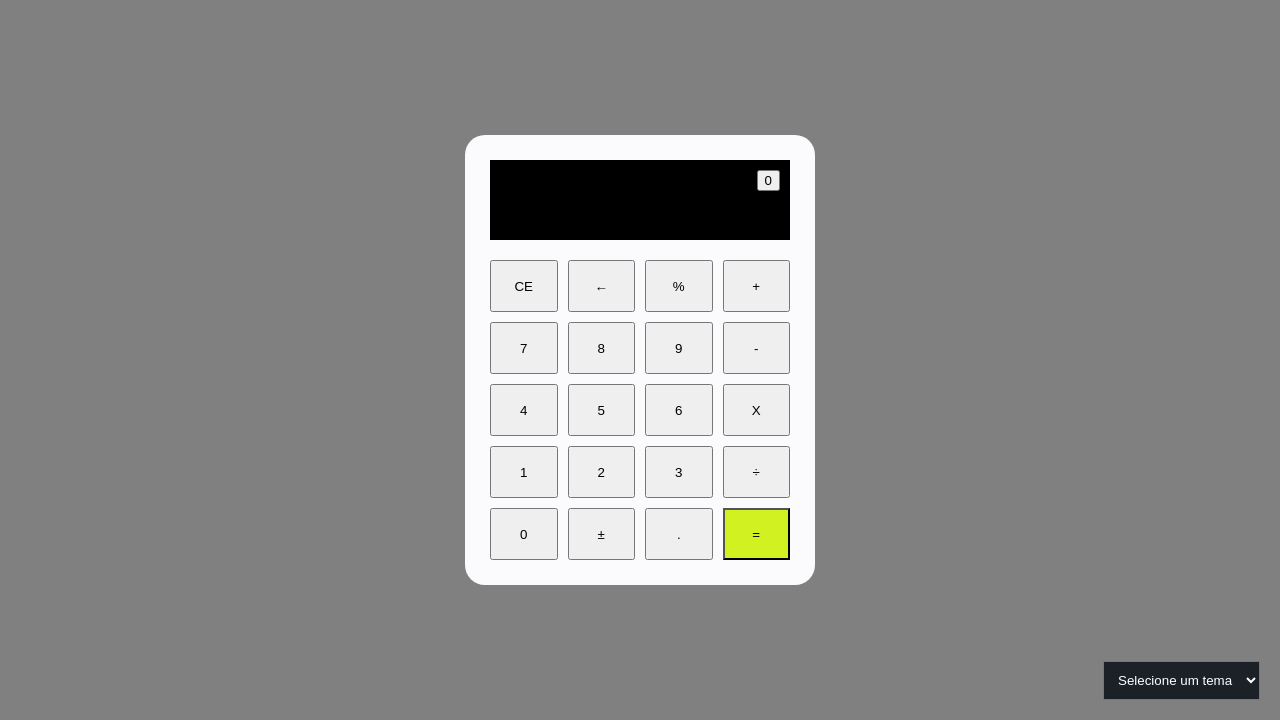
Repository: thislucasme/changing-theme-color-html-css-js
Page: index.html
An editor plug-in stored every save of this project. The page is shown before and after the next save, followed by the edit.
The browser window is 1280 px wide. The pictures show the whole page.

Above is the page before, as saved 2022-06-29 16:21:12.

### index.html
<!DOCTYPE html>
<html lang="pt_BR">

<head>
    <meta charset="UTF-8">
    <meta http-equiv="X-UA-Compatible" content="IE=edge">
    <meta name="viewport" content="width=device-width, initial-scale=1.0">
    <title>Atividade 22 - Calculadora Javascript</title>
    <link href="css/estilo.css" rel="stylesheet"/>
</head>

<body>
    <div class="calculadora">
        <div class="painel" >
            <div class="operacao" ></div>
            <div class="resultado"></div>
            <button id="resultado" name="resultado">0</button>
        </div>

        <div class="botoes">
            <button class="botao" id="apagar" onclick="limpar(0)">CE</button>
            <button class="botao" id="apagar" onclick="apagarUltimo()">&#8592;</button>
            <button class="botao" id="porcentagem" onclick="porcentagem()">%</button>
            <button class="botao" id="soma" onclick="verificarSinal('+')">+</button>
            <button class="botao" id="sete" onclick="pegarNumero(7)">7</button>
            <button class="botao" id="oito" onclick="pegarNumero(8)">8</button>
            <button class="botao" id="nove" onclick="pegarNumero(9)">9</button>
            <button class="botao" id="subtrair" onclick="verificarSinal('-')">-</button>
            <button class="botao" id="quatro" onclick="pegarNumero(4)">4</button>
            <button class="botao" id="cinco" onclick="pegarNumero(5)">5</button>
            <button class="botao" id="seis" onclick="pegarNumero(6)">6</button>
            <button class="botao" id="multiplicar" onclick="verificarSinal('x')">X</button>
            <button class="botao" id="um" onclick="pegarNumero(1)">1</button>
            <button class="botao" id="dois" onclick="pegarNumero(2)">2</button>
            <button class="botao" id="3" onclick="pegarNumero(3)">3</button>
            <button class="botao" id="dividir" onclick="verificarSinal('/')">&#247;</button>
            <button class="botao" id="0" onclick="pegarNumero(0)">0</button>
            <button class="botao" id="mais/menos" onclick="mudarSinal()">&#177;</button>
            <button class="botao" id="virgula" onclick="colocarPonto()">.</button>
            <button class="botao" id="igual" onclick="darResultado()">=</button>
        </div>
    </div>
    <select name="tema" id="tema" >
        <option value="t">Selecione um tema</option>
        <option value="tema-1">Tema 1</option>
        <option value="tema-2">Tema 2</option>
        <option value="tema-3">Tema 3</option>
        <option value="tema-4">Tema 4</option>
        <option value="tema-5">Tema 5</option>
    </select>
</body>

<script src="js/script.js" ></script>

</html>

### css/estilo.css
body {
    background-color: grey;
}

html {
    margin: 0;
    padding: 0;
    height: 100vh;
    display: flex;
    justify-content: center;
    align-items: center;
}

.theme-light {
    --color-primary: #0060df;
    --color-secondary: #fbfbfe;
    --color-accent: #fd6f53;
    --font-color: #000000;
    --display-color: #000000;
    --cor-botao-igual: rgb(210, 241, 33);
}

.theme-dark {
    --color-primary: #17ed90;
    --color-secondary: #243133;
    --color-accent: #12cdea;
    --font-color: #ffffff;
    --display-color: #000000;
    --cor-botao-igual: rgb(238, 61, 61);
}

.calculadora {
    width: 300px;
    height: 400px;
    background-color: var(--color-secondary);
    border-radius: 20px;
    padding: 25px;
    display: flex;
    flex-direction: column;

}

#igual {
    background-color: var(--cor-botao-igual);
}



.painel {
    height: 80px;
    width: 100%;
    background-color: var(--display-color);
    margin-bottom: 20px;
    font-family: 'LCDMono2 Bold', monospace;
    color: rgba(0, 0, 0, 0.6);
    text-shadow: 4px 4px 3px rgb(0 0 0 / 30%);
    padding: 10px;
    box-sizing: border-box;
    text-align: right;
}


.botoes {

    display: grid;
    grid-template-columns: repeat(4, 1fr);
    grid-template-rows: repeat(5, 1fr);
    gap: 10px;
    flex: 1;
}

.botoes a {

    background-color: #666;
    text-decoration: none;
    color: black;
    text-align: center;
    font-size: 1.5em;
    display: flex;
    justify-content: center;
    align-items: center;
}

.btn-igual {
    grid-row-start: 4;
    grid-row-end: 6;
    grid-column-start: 4;

}

.btn-c {
    grid-column-start: 1;
    grid-column-end: 3;
}

.btn-0 {
    grid-column-start: 1;
    grid-column-end: 3;
}

#tema {
    background-color: rgb(28, 32, 39);
    color: white;
    padding: 10px;
    position: fixed;
    bottom: 20px;
    right: 20px;
}

#tema>option:hover {
    box-shadow: 0 0 10px 100px #a86218 inset;

}

.tema-1 {
    background-color: grey;
}

.tema-1 .botoes a {
    background-color: aquamarine;
    box-shadow: #666;
}

.tema-2 {
    background-color: red;
}

.tema-3 {
    background-color: azul;
}

.tema-4 {
    background-color: aquamarine;
}

@font-face {
    font-family: 'LCDMono2 Bold';
    font-style: normal;
    font-weight: normal;
    src: local('LCDMono2 Bold'), url('../fonts/LCDM2B__.woff') format('woff');
}

### js/script.js
const nmrTela = document.getElementById("resultado")
var valoresEspaco = '';
var valores = []
window.addEventListener("keydown", teclado);



function pegarNumero(numero) {
    if (nmrTela.innerHTML == "0") {
        nmrTela.innerHTML = numero
    }
    else {
        nmrTela.innerHTML += `${numero}`
    }
}

function verificarSinal(sinal) {
    if (valores.length <= 1) {
        valoresEspaco = nmrTela.innerHTML.split(' ')
        valores.push(parseFloat(nmrTela.innerHTML))
        nmrTela.innerHTML += ` ${sinal} `
        valores.push(sinal)
    }
}

function porcentagem() {
    var caracteres = nmrTela.innerHTML.split(' ')
    console.log(caracteres.length, caracteres)
    if (caracteres.length == 3) {
        var valorPorCento = parseFloat(caracteres[2]) / 100
        var caracteresValor2 = caracteres[2].split('')
        if (caracteresValor2.length != 0) {
            if (caracteresValor2[caracteresValor2.length - 1] != "%") {
                nmrTela.innerHTML += '%'
            }
            valores.push(valorPorCento)
        }
    }
}

function colocarPonto() {
    var caracteresDaConta = []
    var caracteresValor1 = []
    var caracteresValor2 = []
    caracteresDaConta.push(nmrTela.innerHTML.trim().split(' '))//separa entre valor 1, operação e valor2
    caracteresValor1.push(caracteresDaConta[0][0].split(''))//separa cada caractere do valor 1

    if (caracteresDaConta[0].length == 3) {
        caracteresValor2.push(caracteresDaConta[0][2].split(''))//se exister 3 posições, separa cada caractere do valor 2
        verificarSeExistePonto(caracteresValor2)
    }

    verificarSeExistePonto(caracteresValor1)

    function verificarSeExistePonto(caracteresValor) {
        for (let i in caracteresValor[0]) {
            if (caracteresValor[0][i] == '.') {
                var acumuladora = '.'
            }
        }

        if (!(acumuladora == '.')) {
            nmrTela.innerHTML += '.'
        }
    }
}

function mudarSinal() {
    const caracteresDaConta = nmrTela.innerHTML.trim().split(' ')
    let caracteresValor1 = caracteresDaConta[0].split('')
    let valor1 = ''
    let valor2 = ''

    if (caracteresDaConta.length == 3) {
        var caracteresValor2 = caracteresDaConta[2].split('')

        if (caracteresValor2[0] == '-') {
            caracteresValor2.shift()
            imprimirValor(caracteresValor2, valor2, caracteresDaConta)
        }
        else {
            caracteresValor2.unshift('-')
            imprimirValor(caracteresValor2, valor2, caracteresDaConta);
        }
    }

    if (valores.length == 0) {
        if (caracteresValor1[0] == "-") {
            caracteresValor1.shift()
            imprimirValor(caracteresValor1, valor1)
        }
        else {
            caracteresValor1.unshift('-')
            imprimirValor(caracteresValor1, valor1)
        }
    }

    function imprimirValor(caracteresValor, valorNumero, caracteresConta) {
        caracteresValor.forEach(valor => {
            valorNumero += valor;
        })
        if (caracteresConta != undefined) {
            nmrTela.innerHTML = `${caracteresConta[0]} ${caracteresConta[1]} ${valorNumero}`
        }
        else {
            nmrTela.innerHTML = valorNumero
        }
    }
}

function darResultado() {
    var resultado = 0
    var operacao = valores[1]
    if (operacao == '-') {
        tratarResultado('-')
    }
    else if (operacao == '+') {
        tratarResultado('+')
    }
    else if (operacao == 'x') {
        tratarResultado('*')
    }
    else if (operacao == '/') {
        tratarResultado('/')
    }
    valores.splice(0, 3)

    function tratarResultado(operacao) {
        valoresEspaco = nmrTela.innerHTML.split(' ')
        valores.push(valoresEspaco[2])
        switch (operacao) {
            case '-':
                resultado = parseFloat(valores[0]) - parseFloat(valores[2])
                limpar(resultado)
                break;
            case '+':
                resultado = parseFloat(valores[0]) + parseFloat(valores[2])
                limpar(resultado)
                break;
            case '*':
                resultado = parseFloat(valores[0]) * parseFloat(valores[2])
                limpar(resultado)
                break;
            case '/':
                resultado = parseFloat(valores[0]) / parseFloat(valores[2])
                limpar(resultado)
                break;
        }
    }
}

function limpar(valor) {
    valores.splice(0, 3)
    nmrTela.innerHTML = valor
}

function apagarUltimo() {
    var caracteres = nmrTela.innerHTML.trim().split('')
    var arrayCaracteresTela = ""
    caracteres.pop()
    for (let i in caracteres) { arrayCaracteresTela += caracteres[i] }
    if ((arrayCaracteresTela == []) || (arrayCaracteresTela == '-')) {
        nmrTela.innerHTML = 0
    }
    else {
        nmrTela.innerHTML = arrayCaracteresTela
    }

    if (caracteres.length == 0) {
        valores.pop()
        valores.pop()
    }
}

function teclado() {
    const numbers = '0123456789'
    const operadores = '+-/x'
    var tecla = event.key
    if (numbers.includes(tecla)) {
        pegarNumero(tecla)
    }
    else if (operadores.includes(tecla)) {
        verificarSinal(tecla)
    }
    else switch (tecla) {
        case '*':
            verificarSinal('x')
            break;
        case '%':
            porcentagem()
            break;
        case '.':
        case ',':
            colocarPonto();
            break;
        case '=':
        case 'Enter':
            darResultado();
            break;
        case 'Backspace':
            apagarUltimo()
            break;
        case 'Escape':
            limpar(0);
            break;
    }
}

const options = document.getElementById("tema");

options.addEventListener("change", function () {
    if (options.value) {
        if (options.value === "tema-1") {
            console.log("tema 1")
        }
        if (options.value === "tema-2") {
            document.getElementsByClassName("calculadora-dois").classList.remove("calculadora-dois");
            document.getElementsByClassName("calculadora-dois").classList.add("calculadora");
        }
        if (options.value === "tema-3") {
            console.log("tema 3")
        }
        if (options.value === "tema-4") {
            console.log("tema 4")
        }
    }
});
function setTheme(themeName) {
    // localStorage.setItem('theme', themeName);
    document.documentElement.className = themeName;
}
setTheme('theme-light');

After the next save:
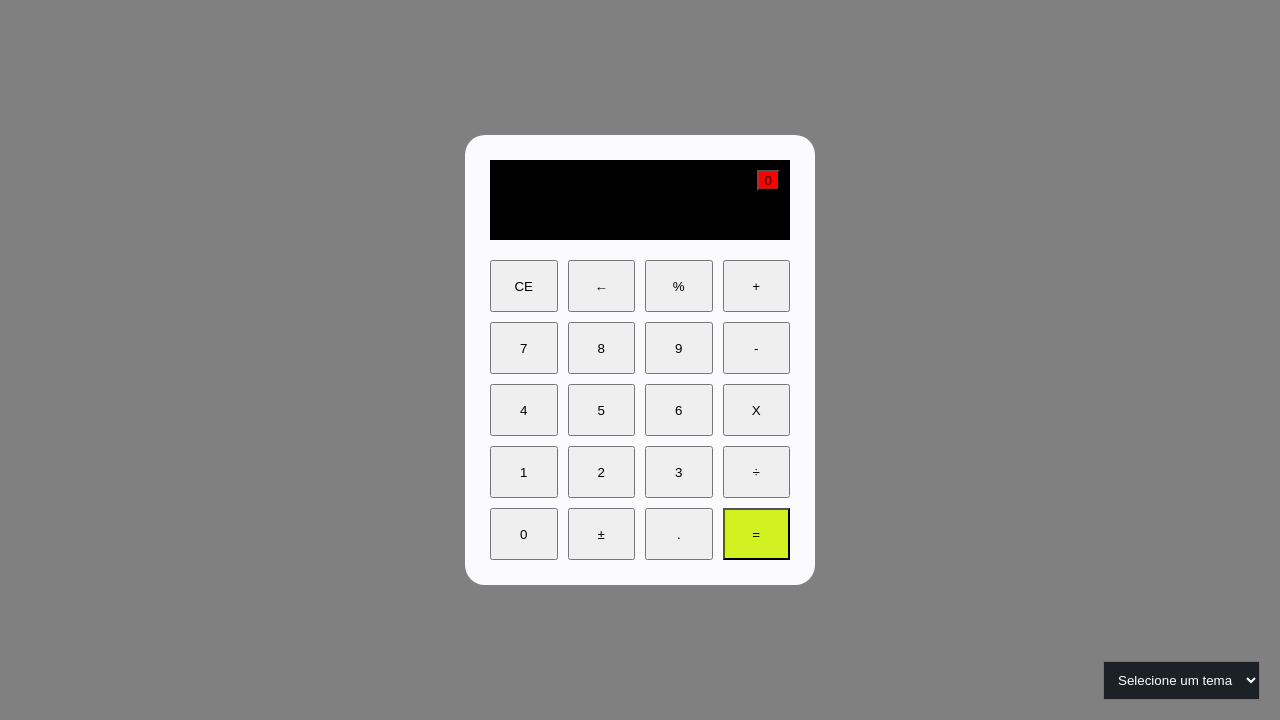
Saved 29 s later.
--- a/index.html
+++ b/index.html
@@ -14,7 +14,7 @@
         <div class="painel" >
             <div class="operacao" ></div>
             <div class="resultado"></div>
-            <button id="resultado" name="resultado">0</button>
+            <button id="resultado" style="background-color: red;" name="resultado">0</button>
         </div>
 
         <div class="botoes">
